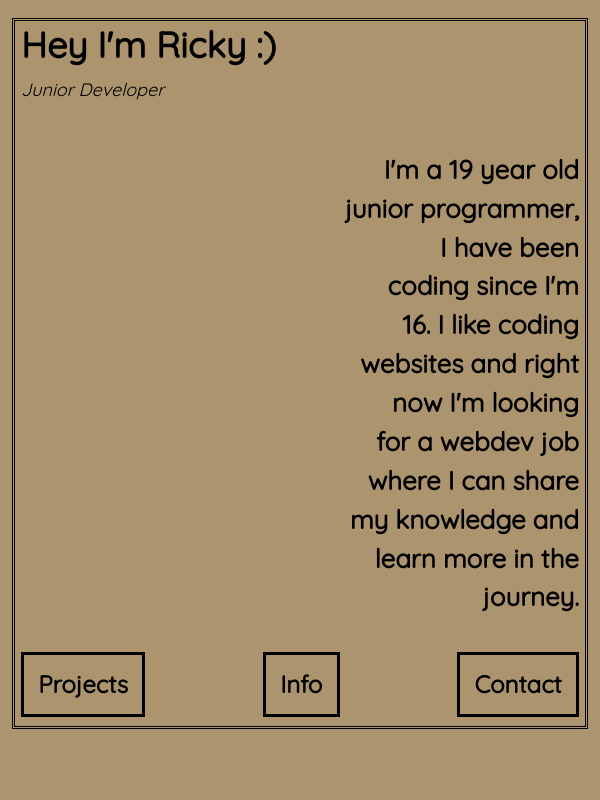
Repository: rickypcyt/ricky-react-portfolio
Page: /
These files come from the project's save history. The page is drawn as it stood at one moment and after a run of saves; the edit follows.
The browser window is 600 px wide. The pictures show the whole page.
The project was rebuilt for these pictures with package versions that can differ from the ones it lists, and the page was loaded fresh each time. Also part of the build but not shown: src/pages/Info.js, src/pages/Projects.js, src/pages/Contact.js, src/pages/WebMural.js, src/pages/NotesJS.js.

Above is the page before, as saved 2022-09-12 15:13:46.

After the next 4 saves:
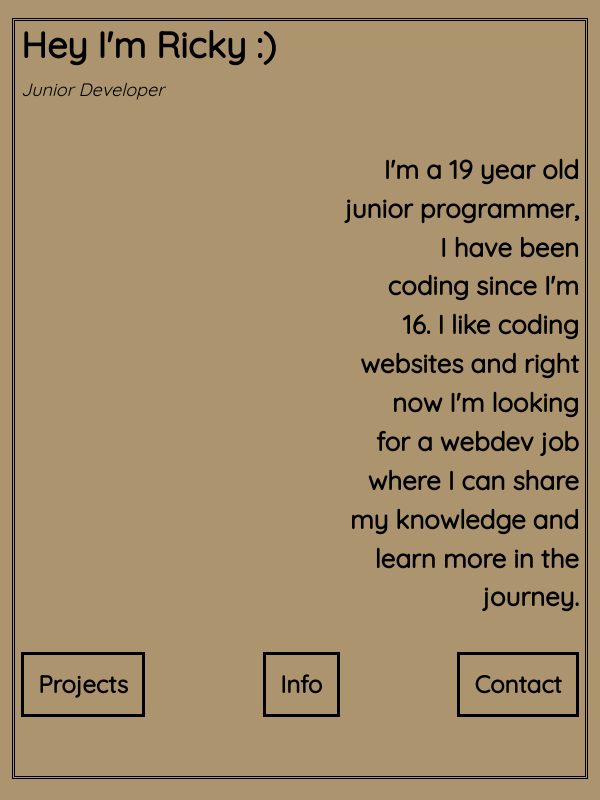
The 4 saves are shown as one change because they came seconds apart.
The last was saved 12 s later.
--- a/src/index.css
+++ b/src/index.css
@@ -208,7 +208,7 @@ ul {
     max-height: -10px;
   }
   .cabeceranavi{
-
+    padding-bottom: 10%;
   }
 }
 
